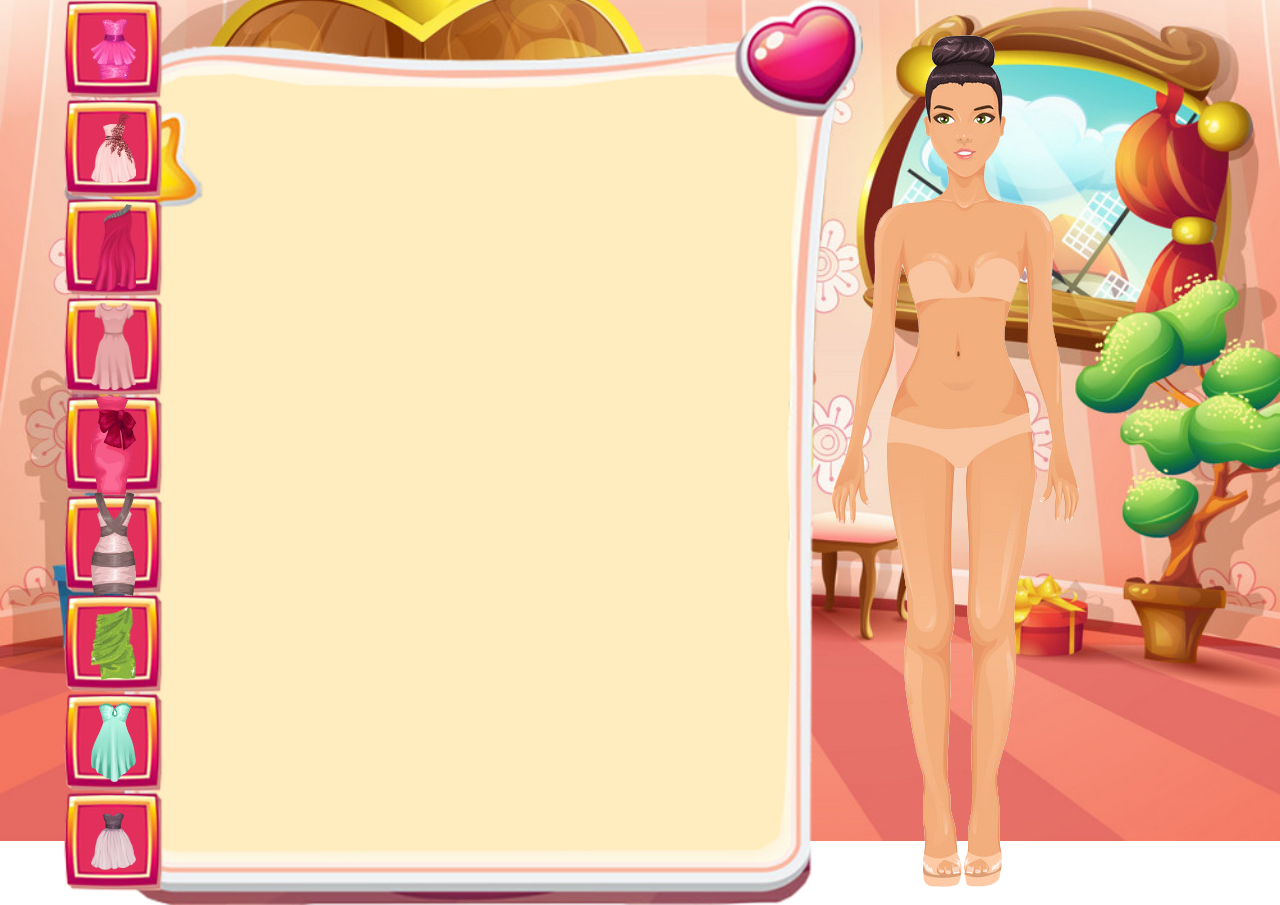
Repository: bunbubam/GameThayDoReactjs_NguyenKhacNghia
Page: /
An editor plug-in stored every save of this project. The page is shown before and after the next save, followed by the edit.
The browser window is 1280 px wide. The pictures show the whole page.
The project was rebuilt for these pictures with package versions that can differ from the ones it lists, and the page was loaded fresh each time.

Above is the page before, as saved 2022-03-30 15:54:35.

### public/index.html
<!doctype html>
<html lang="en">
  <head>
    <title>GameThaydo</title>
    <!-- Required meta tags -->
    <meta charset="utf-8">
    <meta name="viewport" content="width=device-width, initial-scale=1, shrink-to-fit=no">

    <!-- Bootstrap CSS -->
    <link rel="stylesheet" href="https://stackpath.bootstrapcdn.com/bootstrap/4.3.1/css/bootstrap.min.css" integrity="sha384-ggOyR0iXCbMQv3Xipma34MD+dH/1fQ784/j6cY/iJTQUOhcWr7x9JvoRxT2MZw1T" crossorigin="anonymous">
  </head>
  <body>
    <div id="root"></div>
    <!-- Optional JavaScript -->
    <!-- jQuery first, then Popper.js, then Bootstrap JS -->
    <script src="https://code.jquery.com/jquery-3.3.1.slim.min.js" integrity="sha384-q8i/X+965DzO0rT7abK41JStQIAqVgRVzpbzo5smXKp4YfRvH+8abtTE1Pi6jizo" crossorigin="anonymous"></script>
    <script src="https://cdnjs.cloudflare.com/ajax/libs/popper.js/1.14.7/umd/popper.min.js" integrity="sha384-UO2eT0CpHqdSJQ6hJty5KVphtPhzWj9WO1clHTMGa3JDZwrnQq4sF86dIHNDz0W1" crossorigin="anonymous"></script>
    <script src="https://stackpath.bootstrapcdn.com/bootstrap/4.3.1/js/bootstrap.min.js" integrity="sha384-JjSmVgyd0p3pXB1rRibZUAYoIIy6OrQ6VrjIEaFf/nJGzIxFDsf4x0xIM+B07jRM" crossorigin="anonymous"></script>
  </body>
</html>

### src/App.js
import logo from './logo.svg';
import './App.css';
import Dress from './gamethaydo/dress';

function App() {
  return (
    <Dress></Dress>
  );
}

export default App;

### src/App.css
body {
    background: url(gamethaydo/images/dress-room.jpg) no-repeat;
    background-position: 50% 53%;
    background-size: cover;
}
.dress-main .row {height: 100vh;}
.girl img {
    position: absolute;
    bottom: 2%;
    left: 30%;
}
.clothing-box {
    background: url(gamethaydo/images/box.png) no-repeat;
    background-position: 50% 50%;
    background-size: cover;
    width: 800px;
    height: 905px;
}
.clothing-item {
    background: url(gamethaydo/images/menu.png) no-repeat;
    width: 100px;
    height: 99px;
}
.clothing-item img {width: 45%;}

### src/gamethaydo/dress.js
import React, {Component} from 'react';
import Girl from './images/girl.png';
import Clothing1 from './images/trangphuc1.png';
import Clothing2 from './images/trangphuc2.png';
import Clothing3 from './images/trangphuc3.png';
import Clothing4 from './images/trangphuc4.png';
import Clothing5 from './images/trangphuc5.png';
import Clothing6 from './images/trangphuc6.png';
import Clothing7 from './images/trangphuc7.png';
import Clothing8 from './images/trangphuc8.png';
import Clothing9 from './images/trangphuc9.png';
import Clothing10 from './images/trangphuc10.png';

class Dress extends Component {
    state = {
        girl : Girl,
        clothing : Girl

    }
changeClothing = (imgs) => {
        return(
            this.setState({
                clothing : imgs
            })
        )
    }
    render() {
        return(
            <div className='container-fluid'>
                <div className='dress-main'>
                    <div className='row'>
                        <div className='col-12 col-xl-6 block-left'>
                            <div className='clothing-box position-relative ml-md-5'>
                                <div className='clothing-item d-flex flex-direction-row justify-content-center align-items-center'>
                                    <img onClick={()=>this.changeClothing(Clothing1)} src={require('./images/trangphuc1.png')} className='img-fluid'/>
                                </div>
                                <div className='clothing-item d-flex flex-direction-row justify-content-center align-items-center'>
                                    <img onClick={()=>this.changeClothing(Clothing2)} src={require('./images/trangphuc2.png')} className='img-fluid'/>
                                </div>
                                <div className='clothing-item d-flex flex-direction-row justify-content-center align-items-center'>
                                    <img onClick={()=>this.changeClothing(Clothing3)} src={require('./images/trangphuc3.png')} className='img-fluid'/>
                                </div>
                                <div className='clothing-item d-flex flex-direction-row justify-content-center align-items-center'>
                                    <img onClick={()=>this.changeClothing(Clothing4)} src={require('./images/trangphuc4.png')} className='img-fluid'/>
                                </div>
                                <div className='clothing-item d-flex flex-direction-row justify-content-center align-items-center'>
                                    <img onClick={()=>this.changeClothing(Clothing5)} src={require('./images/trangphuc5.png')} className='img-fluid'/>
                                </div>
                                <div className='clothing-item d-flex flex-direction-row justify-content-center align-items-center'>
                                    <img onClick={()=>this.changeClothing(Clothing6)} src={require('./images/trangphuc6.png')} className='img-fluid'/>
                                </div>
                                <div className='clothing-item d-flex flex-direction-row justify-content-center align-items-center'>
                                    <img onClick={()=>this.changeClothing(Clothing7)} src={require('./images/trangphuc7.png')} className='img-fluid'/>
                                </div>
                                <div className='clothing-item d-flex flex-direction-row justify-content-center align-items-center'>
                                    <img onClick={()=>this.changeClothing(Clothing8)} src={require('./images/trangphuc8.png')} className='img-fluid'/>
                                </div>
                                <div className='clothing-item d-flex flex-direction-row justify-content-center align-items-center'>
                                    <img onClick={()=>this.changeClothing(Clothing9)} src={require('./images/trangphuc9.png')} className='img-fluid'/>
                                </div>
                            </div>
                        </div>
                        <div className='col-12 col-xl-6 block-right position-relative'>
                            <div className='girl'>
                                <img src={this.state.girl} className='img-fluid'/>
                                <img src={this.state.clothing} className='img-fluid'/>
                            </div>
                        </div>
                    </div>
                </div>
            </div>
        )
    };
}
export default Dress;

Loaded but not shown: src/index.js (common file); src/index.css (common file); src/reportWebVitals.js (common file)

After the next save:
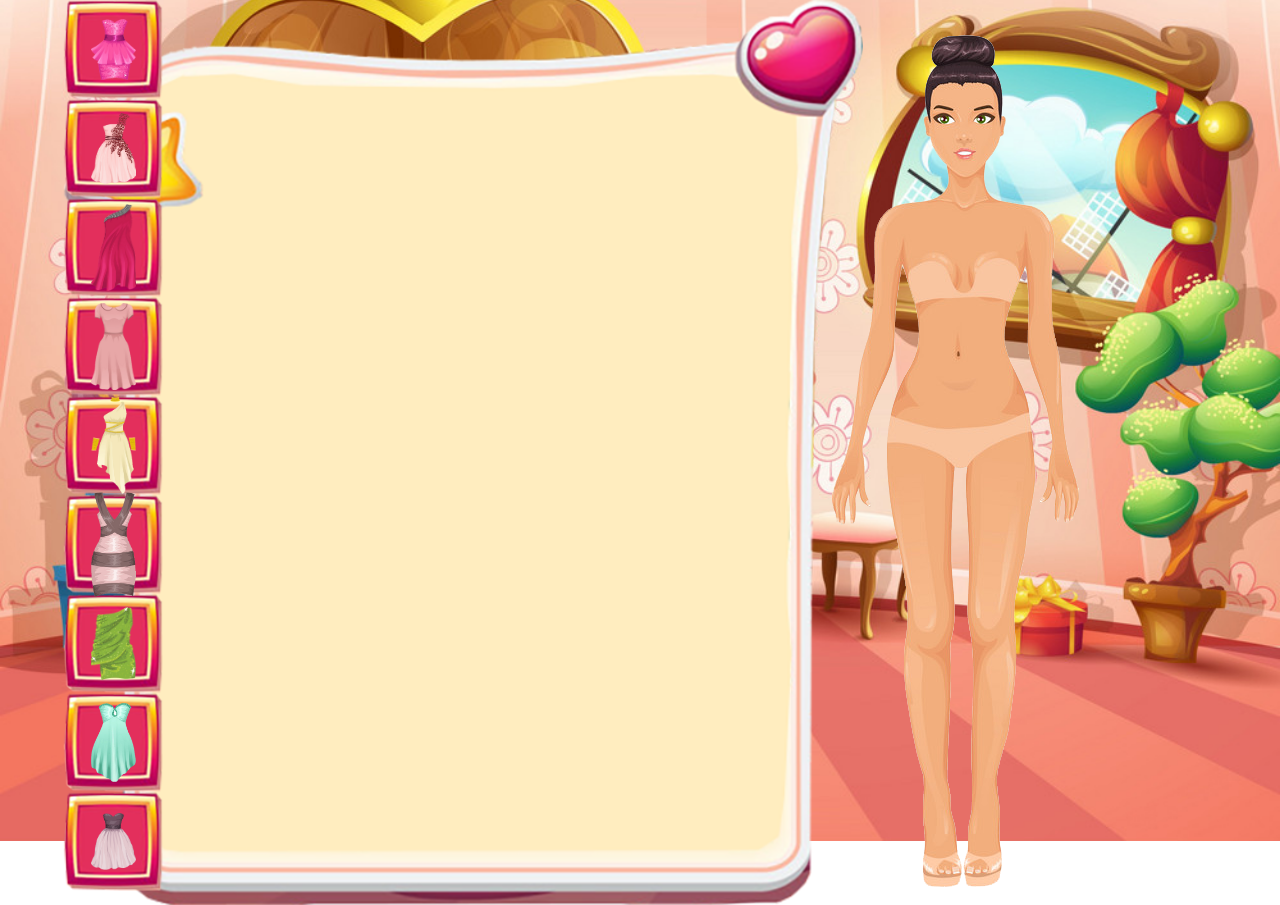
Saved 16 s later.
--- a/src/gamethaydo/dress.js
+++ b/src/gamethaydo/dress.js
@@ -44,7 +44,7 @@ changeClothing = (imgs) => {
                                     <img onClick={()=>this.changeClothing(Clothing4)} src={require('./images/trangphuc4.png')} className='img-fluid'/>
                                 </div>
                                 <div className='clothing-item d-flex flex-direction-row justify-content-center align-items-center'>
-                                    <img onClick={()=>this.changeClothing(Clothing5)} src={require('./images/trangphuc5.png')} className='img-fluid'/>
+                                    <img onClick={()=>this.changeClothing(Clothing10)} src={require('./images/trangphuc10.png')} className='img-fluid'/>
                                 </div>
                                 <div className='clothing-item d-flex flex-direction-row justify-content-center align-items-center'>
                                     <img onClick={()=>this.changeClothing(Clothing6)} src={require('./images/trangphuc6.png')} className='img-fluid'/>
